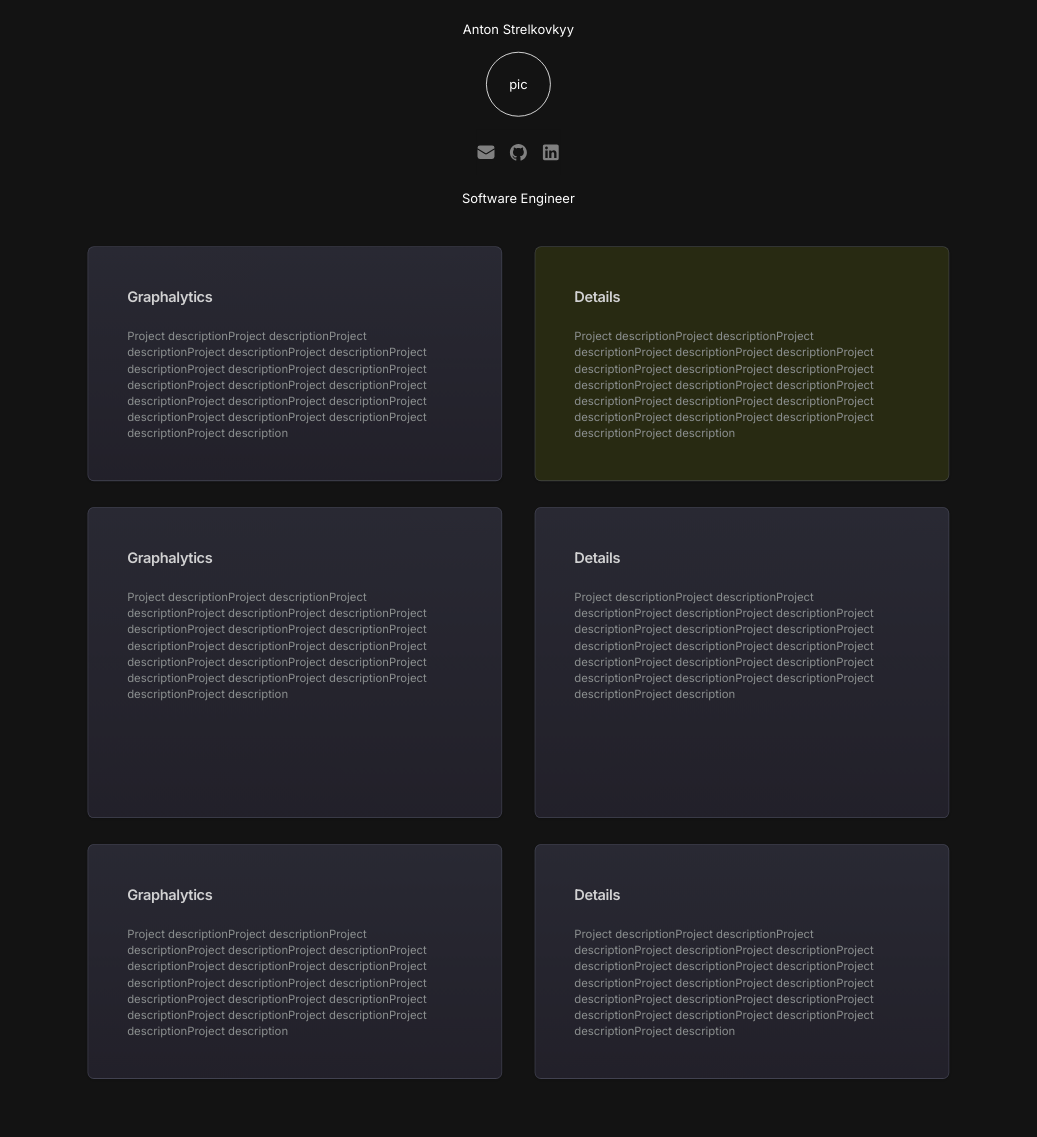
Repository: Fortivera/Anton
Page: /
An editor plug-in stored every save of this project. The page is shown before and after the next save, followed by the edit.
The browser window is 1280 px wide. The pictures show the whole page, at 81% of full size.
The project was rebuilt for these pictures with package versions that can differ from the ones it lists, and the page was loaded fresh each time. The framework's server and built-in components were replaced by stand-ins that run in the browser. Also part of the build but not shown: next.config.mjs.

Above is the page before, as saved 2024-05-02 16:00:05.

### app/layout.tsx
import type { Metadata } from "next";
import { Inter } from "next/font/google";
import "./globals.css";
import { cn } from "@/lib/utils"

const inter = Inter({ subsets: ["latin"] });

export const metadata: Metadata = {
  title: "Create Next App",
  description: "Generated by create next app",
};

export default function RootLayout({
  children,
}: Readonly<{
  children: React.ReactNode;
}>) {
  return (
    <html lang="en">
      <body className={cn(
          "min-h-screen bg-[#c2b3b3] font-sans antialiased",
          inter.className
        )}>{children}</body>
    </html>
  );
}

### app/page.tsx
import Footer from "@/components/Footer";
import Header from "@/components/Header";
import {
  Card,
  CardContent,
  CardDescription,
  CardFooter,
  CardHeader,
  CardTitle,
} from "@/components/ui/card"
import GlassyComponent from "@/components/ui/glasscard";
import Image from "next/image";

export default function Home() {
  return (
    <div className="min-h-screen w-full flex flex-col text-white text-base">
      {/* <Header /> */}
      <main className="flex flex-col bg-[#131313] w-full mx-auto p-6 flex-grow">
        <section id="about_me" className="container mx-auto px-4">
          <div className="flex flex-col items-center space-y-4">
            <p>Anton Strelkovkyy</p>
            <div className="flex justify-center items-center rounded-full border border-white h-20 w-20">pic</div>
            <Footer />
            <p className="flex justify-center items-center w-[30rem]">Software Engineer</p>
          </div>
        </section>
        <section className="hidden sm:grid grid-cols-1 gap-8 justify-items-center py-12" id="projects">
          <div className="flex flex-row space-x-10">
            <Card className="max-w-lg relative p-6 border rounded-lg bg-opacity-10 bg-[#9d94e9] border-[#60647872] bg-gradient-to-b from-[#35374366] to-[#24212b65]">
              <CardHeader>
                <CardTitle className="text-lg font-semibold text-[#D1D1D2]">Graphalytics</CardTitle>
              </CardHeader>
              <CardContent className="text-[#8b8f8f]">
                <CardDescription>
                  Project descriptionProject descriptionProject descriptionProject descriptionProject descriptionProject descriptionProject descriptionProject descriptionProject descriptionProject descriptionProject descriptionProject descriptionProject descriptionProject descriptionProject descriptionProject descriptionProject descriptionProject descriptionProject description
                </CardDescription>
              </CardContent>
            </Card>
            <Card className="max-w-lg relative p-6 border rounded-lg bg-opacity-10  border-[#60647872]   bg-[#dff60e]">
              <CardHeader>
                <CardTitle className="text-lg font-semibold text-[#D1D1D2]">Details</CardTitle>
              </CardHeader>
              <CardContent className="text-[#8b8f8f]">
                <CardDescription>
                  Project descriptionProject descriptionProject descriptionProject descriptionProject descriptionProject descriptionProject descriptionProject descriptionProject descriptionProject descriptionProject descriptionProject descriptionProject descriptionProject descriptionProject descriptionProject descriptionProject descriptionProject descriptionProject description
                </CardDescription>
              </CardContent>
            </Card>

          </div>
          <div className="flex flex-col sm:flex-row space-x-10">
            <Card className="max-w-lg h-96 relative p-6 border rounded-lg bg-opacity-10 bg-[#9d94e9] border-[#60647872] bg-gradient-to-b from-[#35374366] to-[#24212b65] overflow-y-auto">
              <CardHeader>
                <CardTitle className="text-lg font-semibold text-[#D1D1D2]">Graphalytics</CardTitle>
              </CardHeader>
              <CardContent className="text-[#8b8f8f]">
                <CardDescription>
                  Project descriptionProject descriptionProject descriptionProject descriptionProject descriptionProject descriptionProject descriptionProject descriptionProject descriptionProject descriptionProject descriptionProject descriptionProject descriptionProject descriptionProject descriptionProject descriptionProject descriptionProject descriptionProject description
                </CardDescription>
              </CardContent>
            </Card>
            <Card className="max-w-lg relative p-6 border rounded-lg bg-opacity-10 bg-[#9d94e9] border-[#60647872] bg-gradient-to-b from-[#35374366] to-[#24212b65]">
              <CardHeader>
                <CardTitle className="text-lg font-semibold text-[#D1D1D2]">Details</CardTitle>
              </CardHeader>
              <CardContent className="text-[#8b8f8f]">
                <CardDescription>
                  Project descriptionProject descriptionProject descriptionProject descriptionProject descriptionProject descriptionProject descriptionProject descriptionProject descriptionProject descriptionProject descriptionProject descriptionProject descriptionProject descriptionProject descriptionProject descriptionProject descriptionProject descriptionProject description
                </CardDescription>
              </CardContent>
            </Card>

          </div>
          <div className="flex flex-col sm:flex-row space-x-10">
            <Card className="max-w-lg relative p-6 border rounded-lg bg-opacity-10 bg-[#9d94e9] border-[#60647872] bg-gradient-to-b from-[#35374366] to-[#24212b65]">
              <CardHeader>
                <CardTitle className="text-lg font-semibold text-[#D1D1D2]">Graphalytics</CardTitle>
              </CardHeader>
              <CardContent className="text-[#8b8f8f]">
                <CardDescription>
                  Project descriptionProject descriptionProject descriptionProject descriptionProject descriptionProject descriptionProject descriptionProject descriptionProject descriptionProject descriptionProject descriptionProject descriptionProject descriptionProject descriptionProject descriptionProject descriptionProject descriptionProject descriptionProject description
                </CardDescription>
              </CardContent>
            </Card>
            <Card className="max-w-lg relative p-6 border rounded-lg bg-opacity-10 bg-[#9d94e9] border-[#60647872] bg-gradient-to-b from-[#35374366] to-[#24212b65]">
              <CardHeader>
                <CardTitle className="text-lg font-semibold text-[#D1D1D2]">Details</CardTitle>
              </CardHeader>
              <CardContent className="text-[#8b8f8f]">
                <CardDescription>
                  Project descriptionProject descriptionProject descriptionProject descriptionProject descriptionProject descriptionProject descriptionProject descriptionProject descriptionProject descriptionProject descriptionProject descriptionProject descriptionProject descriptionProject descriptionProject descriptionProject descriptionProject descriptionProject description
                </CardDescription>
              </CardContent>
            </Card>

          </div>
        </section>
        {/* mobile view */}
        <section className="sm:hidden grid grid-cols-1 gap-8 justify-items-center py-12" id="projects">
          <div className="flex flex-row space-x-10">
            <Card className="max-w-lg relative p-6 border rounded-lg overflow-y-auto bg-opacity-10 bg-[#9d94e9] border-[#60647872] bg-gradient-to-b from-[#35374366] to-[#24212b65]">
              <CardHeader>
                <CardTitle className="text-lg font-semibold text-[#D1D1D2]">Graphalytics</CardTitle>
              </CardHeader>
              <CardContent className="text-[#8b8f8f]">
                <CardDescription>
                  Project descriptionProject descriptionProject descriptionProject descriptionProject descriptionProject descriptionProject descriptionProject descriptionProject descriptionProject descriptionProject descriptionProject descriptionProject descriptionProject descriptionProject descriptionProject descriptionProject descriptionProject descriptionProject description
                </CardDescription>
              </CardContent>
            </Card>
          </div>
          <div className="flex flex-col sm:flex-row space-x-10">
            <Card className="max-w-lg relative p-6 border rounded-lg bg-opacity-10 bg-[#9d94e9] border-[#60647872] bg-gradient-to-b from-[#35374366] to-[#24212b65]">
              <CardHeader>
                <CardTitle className="text-lg font-semibold text-[#D1D1D2]">Graphalytics</CardTitle>
              </CardHeader>
              <CardContent className="text-[#8b8f8f]">
                <CardDescription>
                  Project descriptionProject descriptionProject descriptionProject descriptionProject descriptionProject descriptionProject descriptionProject descriptionProject descriptionProject descriptionProject descriptionProject descriptionProject descriptionProject descriptionProject descriptionProject descriptionProject descriptionProject descriptionProject description
                </CardDescription>
              </CardContent>
            </Card>
          </div>
          <div className="flex flex-col sm:flex-row space-x-10">
            <Card className="max-w-lg relative p-6 border rounded-lg bg-opacity-10 bg-[#9d94e9] border-[#60647872] bg-gradient-to-b from-[#35374366] to-[#24212b65]">
              <CardHeader>
                <CardTitle className="text-lg font-semibold text-[#D1D1D2]">Graphalytics</CardTitle>
              </CardHeader>
              <CardContent className="text-[#8b8f8f]">
                <CardDescription>
                  Project descriptionProject descriptionProject descriptionProject descriptionProject descriptionProject descriptionProject descriptionProject descriptionProject descriptionProject descriptionProject descriptionProject descriptionProject descriptionProject descriptionProject descriptionProject descriptionProject descriptionProject descriptionProject description
                </CardDescription>
              </CardContent>
            </Card>
          </div>
        </section>
      </main>


    </div>
  );
}

### components/Footer.tsx
import Image from "next/image"


export default function Footer() {
    return (
        <footer className="flex justify-center gap-4 h-14 p- bg-[#131313]">
            <Image src="/mail.svg" alt={"Email"} width={24} height={24} />
            <Image src="/github.svg" alt={"GitHub"} width={24} height={24} />
            <Image src="/linkedin.svg" alt={"Linkedin"} width={24} height={24} />
        </footer>
    )
}

### components/ui/card.tsx
import * as React from "react"

import { cn } from "@/lib/utils"

const Card = React.forwardRef<
  HTMLDivElement,
  React.HTMLAttributes<HTMLDivElement>
>(({ className, ...props }, ref) => (
  <div
    ref={ref}
    className={cn(
      "rounded-xl border bg-card text-card-foreground shadow",
      className
    )}
    {...props}
  />
))
Card.displayName = "Card"

const CardHeader = React.forwardRef<
  HTMLDivElement,
  React.HTMLAttributes<HTMLDivElement>
>(({ className, ...props }, ref) => (
  <div
    ref={ref}
    className={cn("flex flex-col space-y-1.5 p-6", className)}
    {...props}
  />
))
CardHeader.displayName = "CardHeader"

const CardTitle = React.forwardRef<
  HTMLParagraphElement,
  React.HTMLAttributes<HTMLHeadingElement>
>(({ className, ...props }, ref) => (
  <h3
    ref={ref}
    className={cn("font-semibold leading-none tracking-tight", className)}
    {...props}
  />
))
CardTitle.displayName = "CardTitle"

const CardDescription = React.forwardRef<
  HTMLParagraphElement,
  React.HTMLAttributes<HTMLParagraphElement>
>(({ className, ...props }, ref) => (
  <p
    ref={ref}
    className={cn("text-sm text-muted-foreground", className)}
    {...props}
  />
))
CardDescription.displayName = "CardDescription"

const CardContent = React.forwardRef<
  HTMLDivElement,
  React.HTMLAttributes<HTMLDivElement>
>(({ className, ...props }, ref) => (
  <div ref={ref} className={cn("p-6 pt-0", className)} {...props} />
))
CardContent.displayName = "CardContent"

const CardFooter = React.forwardRef<
  HTMLDivElement,
  React.HTMLAttributes<HTMLDivElement>
>(({ className, ...props }, ref) => (
  <div
    ref={ref}
    className={cn("flex items-center p-6 pt-0", className)}
    {...props}
  />
))
CardFooter.displayName = "CardFooter"

export { Card, CardHeader, CardFooter, CardTitle, CardDescription, CardContent }

### tailwind.config.ts
import type { Config } from "tailwindcss"

const config = {
  darkMode: ["class"],
  content: [
    './pages/**/*.{ts,tsx}',
    './components/**/*.{ts,tsx}',
    './app/**/*.{ts,tsx}',
    './src/**/*.{ts,tsx}',
  ],
  prefix: "",
  theme: {
    container: {
      center: true,
      padding: "2rem",
      screens: {
        "2xl": "1400px",
      },
    },
    extend: {
      keyframes: {
        "accordion-down": {
          from: { height: "0" },
          to: { height: "var(--radix-accordion-content-height)" },
        },
        "accordion-up": {
          from: { height: "var(--radix-accordion-content-height)" },
          to: { height: "0" },
        },
      },
      animation: {
        "accordion-down": "accordion-down 0.2s ease-out",
        "accordion-up": "accordion-up 0.2s ease-out",
      },
    },
  },
  plugins: [
    require("tailwindcss-animate"),
    require('@tailwindcss/typography'),
  ],
} satisfies Config

export default config

Loaded but not shown: app/globals.css (common file); lib/utils.ts (common file)

After the next save:
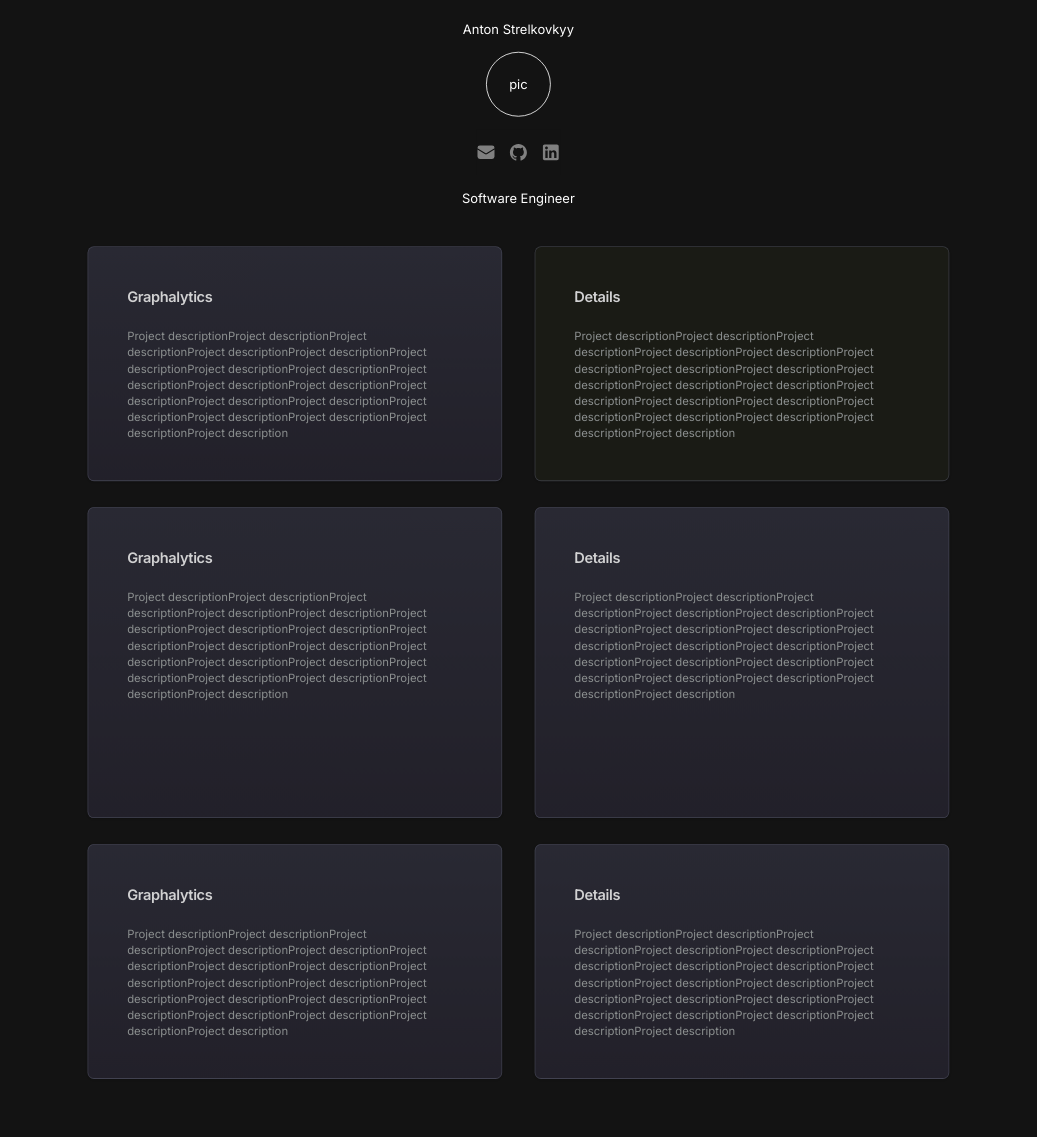
Saved 10 s later.
--- a/app/page.tsx
+++ b/app/page.tsx
@@ -36,7 +36,7 @@
                 </CardDescription>
               </CardContent>
             </Card>
-            <Card className="max-w-lg relative p-6 border rounded-lg bg-opacity-10  border-[#60647872]   bg-[#dff60e]">
+            <Card className="max-w-lg relative p-6 border rounded-lg bg-opacity-10  border-[#60647872]   bg-[#5d622a]">
               <CardHeader>
                 <CardTitle className="text-lg font-semibold text-[#D1D1D2]">Details</CardTitle>
               </CardHeader>

After the save that followed:
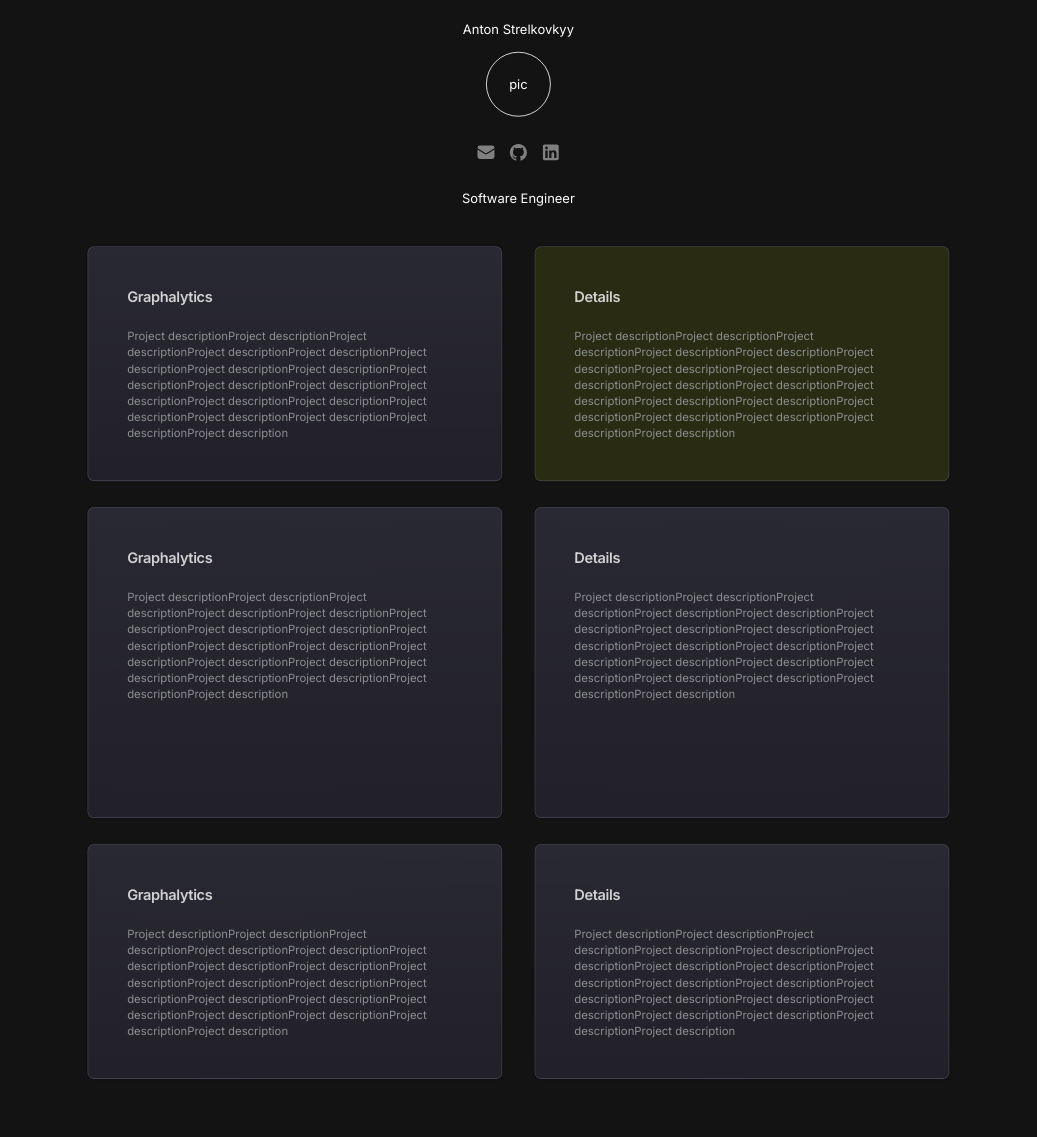
Saved 5 s later.
--- a/app/page.tsx
+++ b/app/page.tsx
@@ -36,7 +36,7 @@
                 </CardDescription>
               </CardContent>
             </Card>
-            <Card className="max-w-lg relative p-6 border rounded-lg bg-opacity-10  border-[#60647872]   bg-[#5d622a]">
+            <Card className="max-w-lg relative p-6 border rounded-lg bg-opacity-10  border-[#60647872]   bg-[#e4f714]">
               <CardHeader>
                 <CardTitle className="text-lg font-semibold text-[#D1D1D2]">Details</CardTitle>
               </CardHeader>
